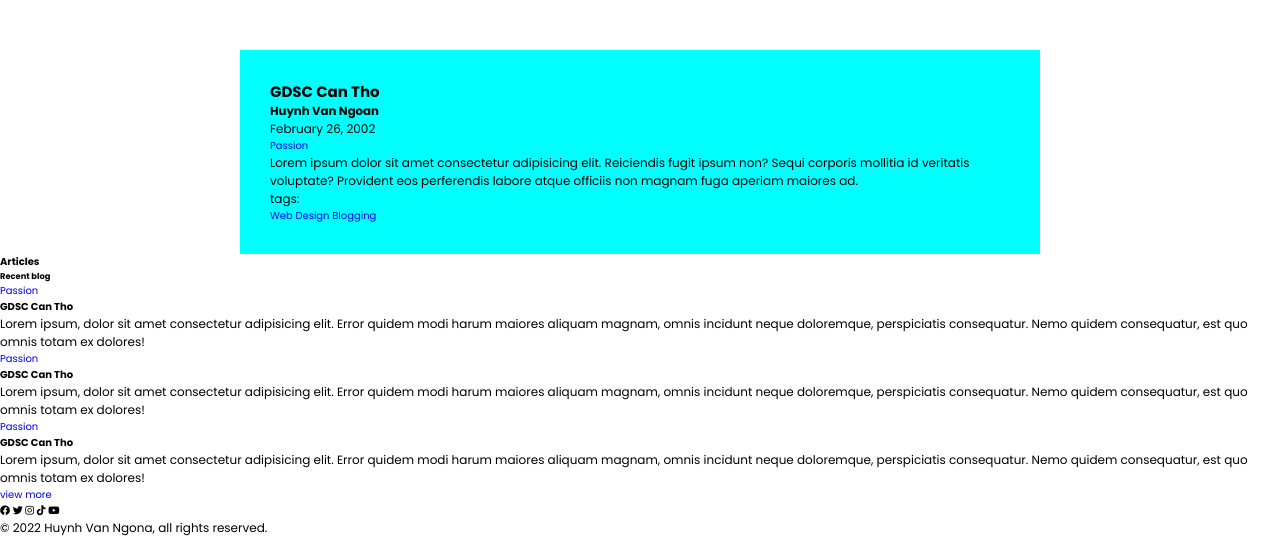
Repository: huynhvanngoan/TaskTeam5
Page: BlogPost/HTML/index.html
An editor plug-in stored every save of this project. The page is shown before and after the next save, followed by the edit.
The browser window is 1280 px wide. The pictures show the part of the page from y = 620 to 1157 px (the page is 1157 px tall).

Above is the page before, as saved 2022-10-17 00:33:35.

After the next save:
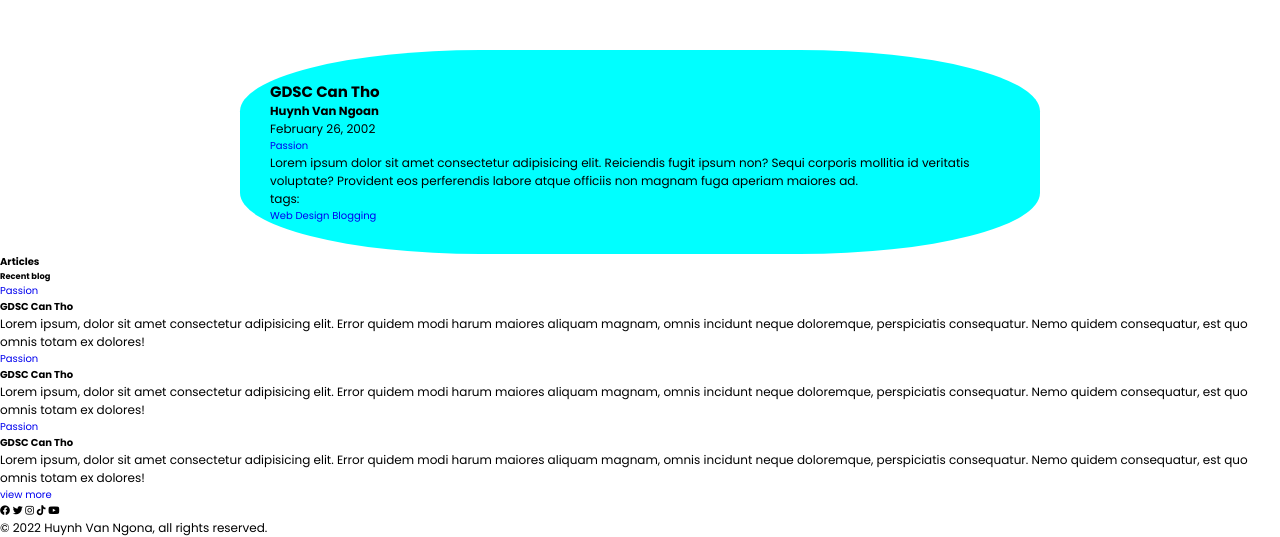
Saved 8 s later.
--- a/BlogPost/CSS/style.css
+++ b/BlogPost/CSS/style.css
@@ -81,5 +81,5 @@
     background-color:aqua;
     margin: 0 auto;
     padding: 3rem;
-    bora: 30%;
+    border-radius: 30%;
 }
